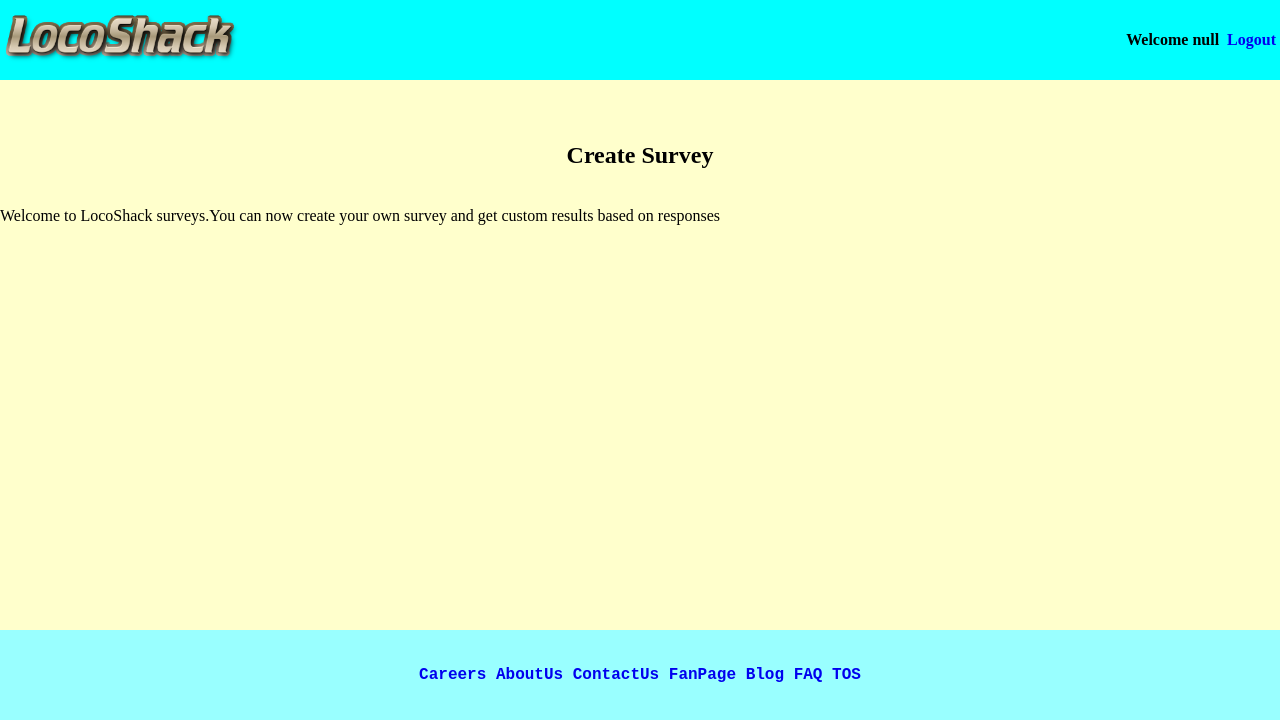
Repository: nicks707/LocoShack_TGMC-project
Page: http://localhost/ram/createsurvey.jsp
These files come from the project's save history. The page is drawn as it stood at one moment and after the next save; the edit follows.
The browser window is 1280 px wide. The pictures show the whole page.
The page is served by Tomcat 9. Other server files are loaded and not shown.

Above is the page before, as saved 2012-03-21 05:50:16.

### ram/WebContent/createsurvey.jsp
<%@ page language="java" contentType="text/html; charset=ISO-8859-1"
    pageEncoding="ISO-8859-1"%>
<!DOCTYPE html PUBLIC "-//W3C//DTD HTML 4.01 Transitional//EN" "http://www.w3.org/TR/html4/loose.dtd">
<html>
<head>
<meta http-equiv="Content-Type" content="text/html; charset=ISO-8859-1">
<title>LocoShack-Create Survey</title>
<style>
html, body,table
{
  height: 100%;
  width:100%;
}
</style>

</head>
<body style="margin-top:0px;margin-left:0px;margin-right:0px">
<table width="100%" cellpadding="0" cellspacing="0"   style="background-color:#FFFFCC">
<tr height="60px"><td><jsp:include page="accheader.jsp"></jsp:include></td></tr>
<tr><td>
<center><b><h2>Create Survey</h2></b></center><br/>
Welcome to LocoShack surveys.You can now create your own survey and get custom results based on responses<br/>
</td></tr>
<tr><td style="padding:100px;"></td></tr>
<tr height="80px"><td><jsp:include page="footer.jsp"></jsp:include></td></tr>
</table>
</body>
</html>

### ram/WebContent/accheader.jsp
<%@ page language="java" contentType="text/html; charset=ISO-8859-1"
    pageEncoding="ISO-8859-1"%>
<!DOCTYPE html PUBLIC "-//W3C//DTD HTML 4.01 Transitional//EN" "http://www.w3.org/TR/html4/loose.dtd">
<html>
<head>
<meta http-equiv="Content-Type" content="text/html; charset=ISO-8859-1">
<title>Insert title here</title>
<style>
a{text-decoration: none;}
</style>
</head>
<body style="margin-top:0px;margin-left:0px;margin-right:0px">
<table bgcolor="#00FFFF" width="100%" cellpadding="0" cellspacing="0">
<tr height="80px"><td>&nbsp;<a href="main2.jsp"><img src="images/logo.png" border="0px" height="50px"></img></a></td><td>&nbsp;</td><td align="right"><b>Welcome <%=session.getAttribute("id") %> <a href="logout.jsp">&nbsp;Logout&nbsp;</a><b></b></td></tr>
</table>


</body>

</body>
</html>

### ram/WebContent/footer.jsp
<%@ page language="java" contentType="text/html; charset=ISO-8859-1"
    pageEncoding="ISO-8859-1"%>
<!DOCTYPE html PUBLIC "-//W3C//DTD HTML 4.01 Transitional//EN" "http://www.w3.org/TR/html4/loose.dtd">
<html>
<head>
<meta http-equiv="Content-Type" content="text/html; charset=ISO-8859-1">
<title>Insert title here</title>
</head>
<style>
a{text-decoration:none;}
</style>
<body style="margin-top:0px;margin-left:0px;margin-right:0px;">
<table width=100% border="0px" cellpadding="0px" cellspacing="0px">
<tr    bgcolor="#99FFFF" style="height:90px;">
<td  colspan="3" width="100%"  align="center"> <font color="#330099" face="Courier New, Courier, monospace"><b><a href="careers.jsp">Careers</a> <a href="abtus.jsp">AboutUs</a> <a href="contact.jsp">ContactUs</a> <a href="http://www.facebook.com">FanPage</a> <a href="blog.jsp">Blog</a> <a href="faq.jsp">FAQ</a> <a href="tos.jsp">TOS</a></b></font></td>
</tr>


</table>

</body>
</html>

After the next save:
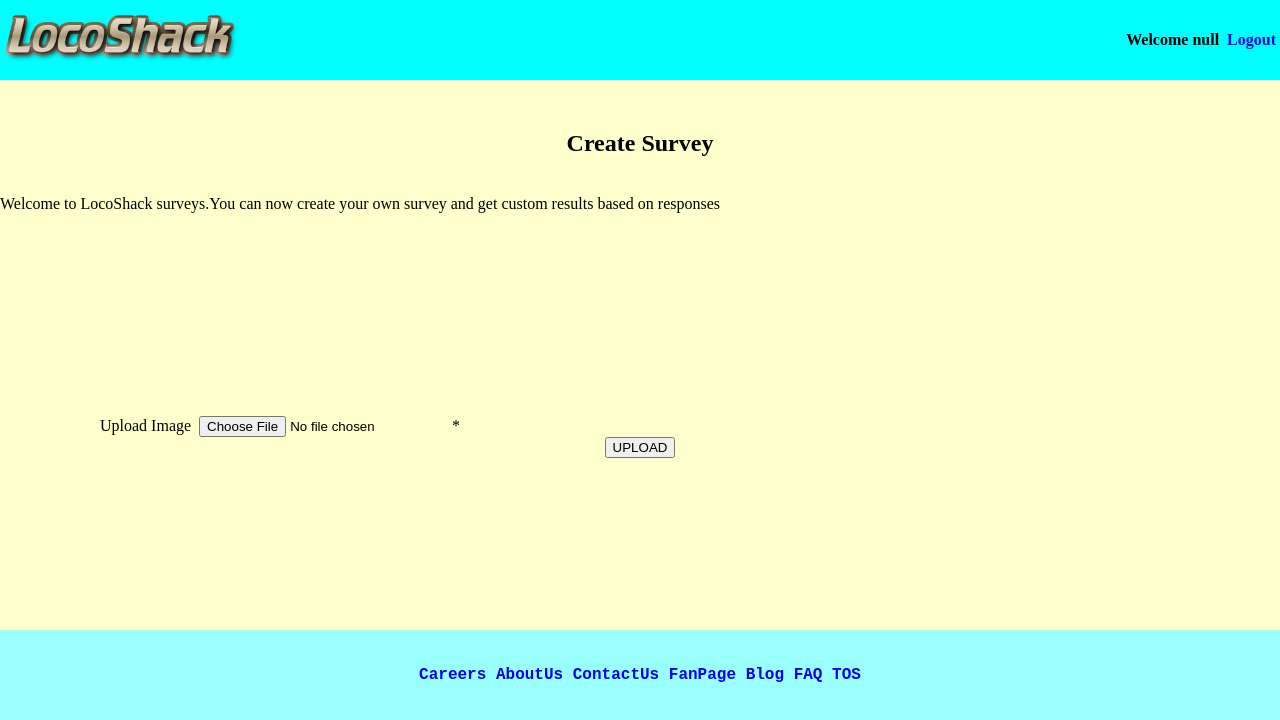
Saved 2 min 28 s later.
--- a/ram/WebContent/createsurvey.jsp
+++ b/ram/WebContent/createsurvey.jsp
@@ -21,7 +21,13 @@ html, body,table
 <center><b><h2>Create Survey</h2></b></center><br/>
 Welcome to LocoShack surveys.You can now create your own survey and get custom results based on responses<br/>
 </td></tr>
-<tr><td style="padding:100px;"></td></tr>
+<tr><td style="padding:100px;">
+<form>
+Upload Image&nbsp;&nbsp;<input type="file" name="image" id="image" size="40">*<br/>
+<center><input type="submit" value="UPLOAD"></center>
+
+</form>
+</td></tr>
 <tr height="80px"><td><jsp:include page="footer.jsp"></jsp:include></td></tr>
 </table>
 </body>
